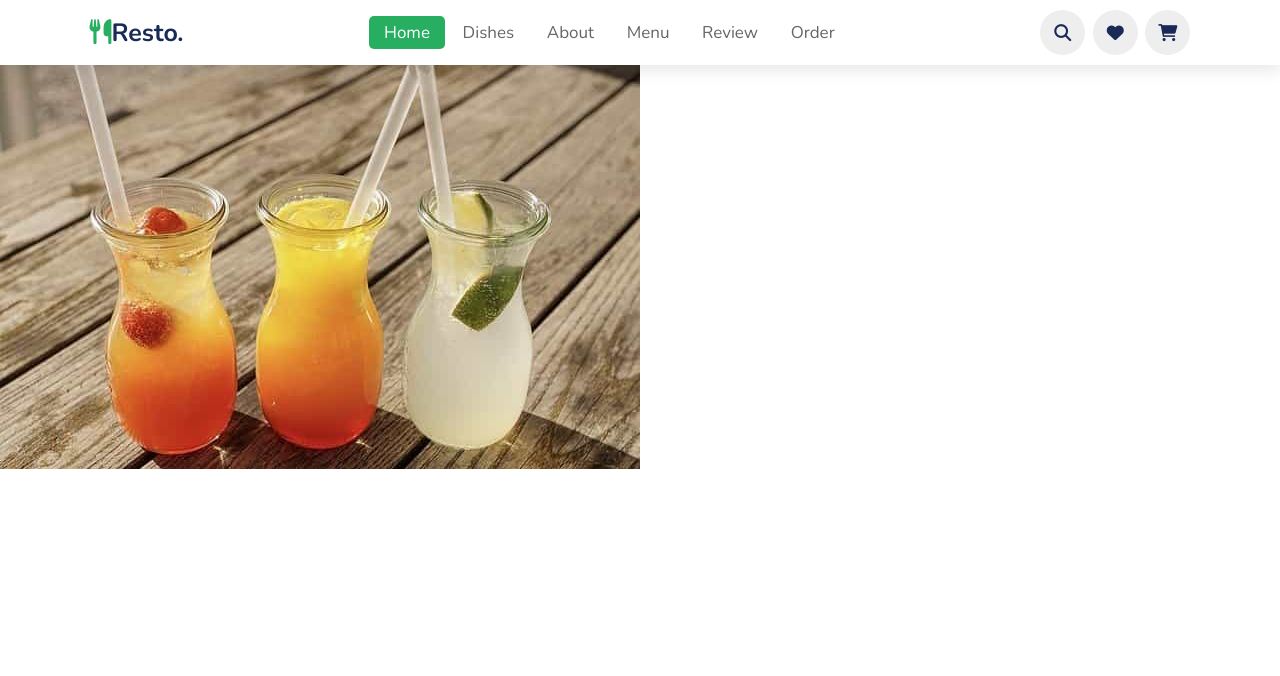
Repository: CarsonDev1/FoodWeb
Page: index.html
The author's editor kept a copy of each file at every save. The page is drawn from the files as they stood at one save, then again after the next save.
The browser window is 1280 px wide. The pictures show the whole page.
Some web libraries are served in a nearby version.

Above is the page before, as saved 2022-05-18 19:23:36.

### index.html
<!DOCTYPE html>
<html lang="en">
  <head>
    <meta charset="UTF-8" />
    <meta http-equiv="X-UA-Compatible" content="IE=edge" />
    <meta name="viewport" content="width=device-width, initial-scale=1.0" />
    <title>Document</title>
    <!-- CSS link -->
    <link rel="stylesheet" href="./css/style.css" />
    <!-- Google font -->
    <link rel="preconnect" href="https://fonts.googleapis.com" />
    <link rel="preconnect" href="https://fonts.gstatic.com" crossorigin />
    <link
      href="https://fonts.googleapis.com/css2?family=DM+Sans:wght@700&family=Manrope:wght@400;700;800&family=Nunito:wght@200;300;400;600;700&display=swap"
      rel="stylesheet"
    />
    <!-- font awesome cdn link -->
    <link
      rel="stylesheet"
      href="https://cdnjs.cloudflare.com/ajax/libs/font-awesome/6.1.1/css/all.min.css"
    />
  </head>
  <body>
    <!-- Header section start -->
    <header>
      <a href="#" class="logo"><i class="fas fa-utensils"></i>resto.</a>
      <nav class="navbar">
        <a class="active" href="#home">home</a>
        <a href="#dishes">dishes</a>
        <a href="#about">about</a>
        <a href="#menu">menu</a>
        <a href="#review">review</a>
        <a href="#order">order</a>
      </nav>
      <div class="icons">
        <i class="fas fa-bars" id="menu-bars"></i>
        <i class="fas fa-search" id="search-icon"></i>
        <a href="#" class="fas fa-heart"></a>
        <a href="#" class="fas fa-shopping-cart"></a>
      </div>
    </header>
    <!-- Header section end -->
    <!-- Search form -->
    <form action="" id="search-form">
      <input
        type="search"
        placeholder="search here..."
        name=""
        id="search-box"
      />
      <label for="search-box" class="fas fa-search"></label>
      <i class="fas fa-times" id="close"></i>
    </form>
    <!-- home section start -->
    <section class="home" id="home">
      <div class="container">
        <div class="wrapper">
          <div class="slide">
            <div class="content">
              <span>our special dish</span>
              <h3>spicy noodles</h3>
              <p>
                Lorem ipsum dolor, sit amet consectetur adipisicing elit.
                Repellat, vel. Aliquam, illo. Tempore incidunt possimus quo? Est
                sequi quidem maiores reiciendis architecto dolore enim
                cupiditate. Quo tenetur alias iure. Molestiae.
              </p>
              <a href="#" class="btn"></a>
            </div>
            <div class="image">
              <img src="./images/menu-7.jpg" alt="" />
            </div>
          </div>
        </div>
      </div>
    </section>
    <!-- home section end -->
    <!-- JS file link -->
    <script src="./js/app.js"></script>
  </body>
</html>

### css/style.css
:root {
  --green: #27ae60;
  --black: #192a56;
  --light-color: #666;
  --box-shadow: 0 0.5rem 1.5rem rgba(0, 0, 0, 0.1);
}
* {
  font-family: "Nunito", sans-serif;
  margin: 0;
  padding: 0;
  box-sizing: border-box;
  text-decoration: none;
  outline: none;
  border: none;
  text-transform: capitalize;
  transition: all 0.2s linear;
}
html {
  font-size: 62.5%;
  overflow-x: hidden;
  scroll-padding-top: 5.5rem;
  scroll-behavior: smooth;
}
header {
  position: fixed;
  top: 0;
  left: 0;
  right: 0;
  background: #fff;
  padding: 1rem 7%;
  display: flex;
  align-items: center;
  justify-content: space-between;
  z-index: 1000;
  box-shadow: var(--box-shadow);
}
header .logo {
  color: var(--black);
  font-size: 2.5rem;
  font-weight: bolder;
}
header .logo i {
  color: var(--green);
}
header .navbar a {
  font-size: 1.7rem;
  border-radius: 0.5rem;
  padding: 0.5rem 1.5rem;
  color: var(--light-color);
}
header .navbar a.active,
header .navbar a:hover {
  background: var(--green);
  color: #fff;
}
header .icons i,
header .icons a {
  cursor: pointer;
  margin-left: 0.5rem;
  height: 4.5rem;
  line-height: 4.5rem;
  width: 4.5rem;
  text-align: center;
  font-size: 1.7rem;
  color: var(--black);
  border-radius: 50%;
  background: #eee;
}
header .icons i:hover,
header .icons a:hover {
  color: #fff;
  background: var(--green);
  transform: rotate(360deg);
}
header .icons #menu-bars {
  display: none;
}
#search-form {
  position: fixed;
  top: -110%;
  left: 0;
  height: 100%;
  width: 100%;
  z-index: 1004;
  background: rgba(0, 0, 0, 0.8);
  display: flex;
  align-items: center;
  justify-content: center;
  padding: 0 1rem;
}
#search-form.active {
  top: 0;
}
#search-form #search-box {
  width: 50rem;
  border-bottom: 1px solid #fff;
  padding: 1rem 0;
  color: #fff;
  font-size: 3rem;
  text-transform: none;
  background: none;
}
#search-form #search-box::placeholder {
  color: #eee;
}
#search-form #search-box::-webkit-search-cancel-button {
  -webkit-appearance: none;
}
#search-form label {
  color: #fff;
  cursor: pointer;
  font-size: 3rem;
}
#search-form label:hover {
  color: var(--green);
}
#search-form #close {
  position: absolute;
  color: #fff;
  cursor: pointer;
  top: 2rem;
  right: 3rem;
  font-size: 5rem;
}
/* media queries */
@media (max-width: 991px) {
  html {
    font-size: 55%;
  }
  header {
    padding: 1rem 2rem;
  }
}
@media (max-width: 768px) {
  header .icons #menu-bars {
    display: inline-block;
  }
  header .navbar {
    position: absolute;
    top: 100%;
    left: 0;
    right: 0;
    background: #fff;
    border-top: 0.1rem solid rgba(0, 0, 0, 0.2);
    padding: 1rem;
    clip-path: polygon(0 0, 100% 0, 100% 0, 0 0);
  }
  header .navbar.active {
    clip-path: polygon(0 0, 100% 0, 100% 100%, 0 100%);
  }
  header .navbar a {
    display: block;
    font-size: 2.5rem;
    padding: 1.5rem;
    margin: 1rem;
    background: #eee;
  }
  #search-form #search-box {
    width: 90%;
    margin: 0 1rem;
  }
}
@media (max-width: 991px) {
  html {
    font-size: 50%;
  }
}

### js/app.js
let menu = document.querySelector("#menu-bars");
let navbar = document.querySelector(".navbar");

menu.onclick = () => {
  menu.classList.toggle("fa-times");
  navbar.classList.toggle("active");
};
menu.onscroll = () => {
  menu.classList.remove("fa-times");
  navbar.classList.remove("active");
};
document.querySelector("#search-icon").onclick = () => {
  document.querySelector("#search-form").classList.toggle("active");
};
document.querySelector("#close").onclick = () => {
  document.querySelector("#search-form").classList.remove("active");
};

After the next save:
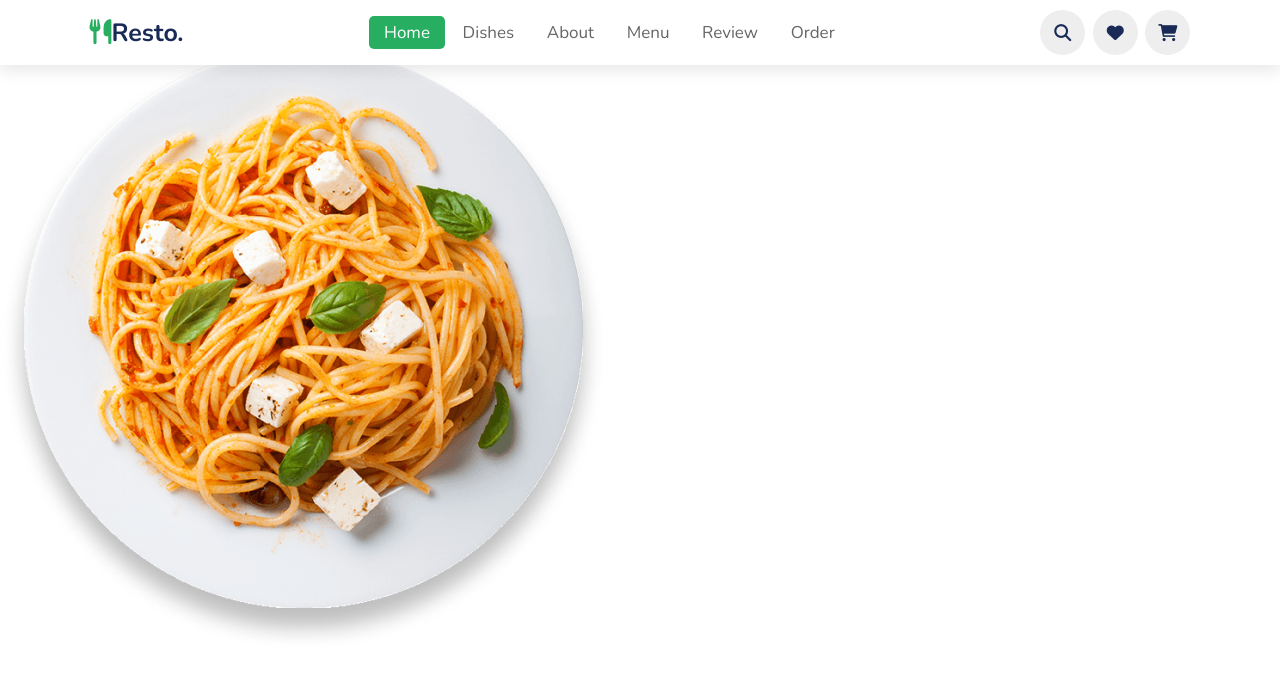
Saved 20 s later.
--- a/index.html
+++ b/index.html
@@ -68,7 +68,7 @@
               <a href="#" class="btn"></a>
             </div>
             <div class="image">
-              <img src="./images/menu-7.jpg" alt="" />
+              <img src="images/home-img-1.png" alt="" />
             </div>
           </div>
         </div>
